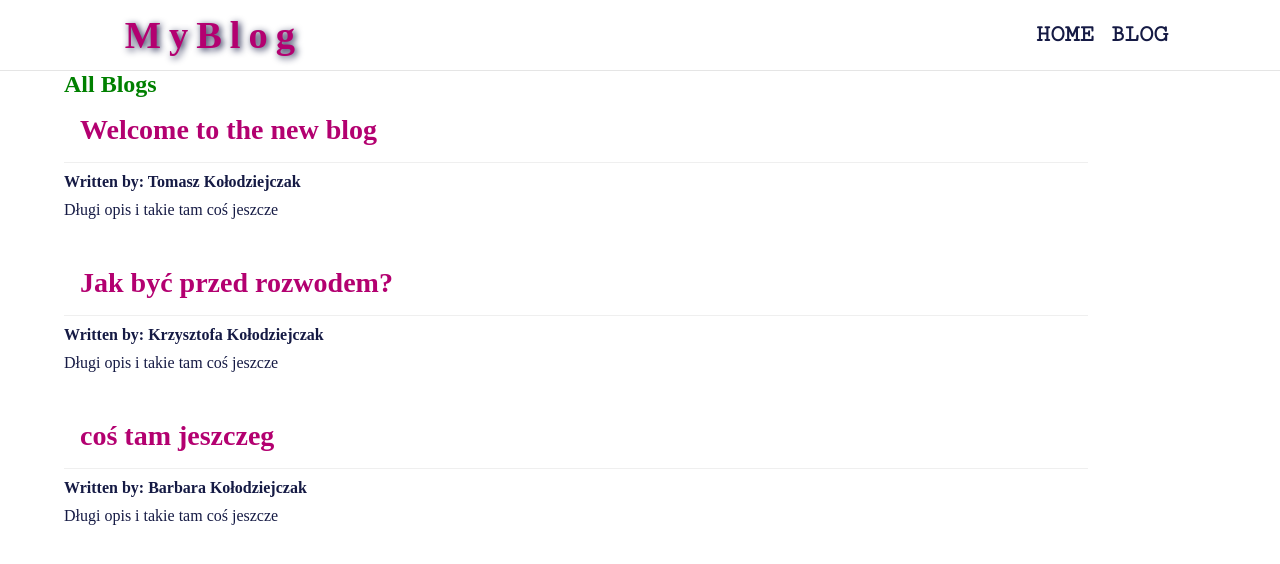
Repository: KrzysKolo/myBlog
Page: /
The author's editor kept a copy of each file at every save. The page is drawn from the files as they stood at one save, then again after the next save.
The browser window is 1280 px wide. The pictures show the whole page.
Some web fonts or font styles are not loaded; a fallback is used. The project was rebuilt for these pictures with package versions that can differ from the ones it lists, and the page was loaded fresh each time. Requests to the local data server were answered from the project's data file. Also part of the build but not shown: src/pages/Blog/Blog.css, src/pages/Blog/Blog.js, src/pages/BlogNote/BlogNote.css, src/pages/BlogNote/BlogNote.js.

Above is the page before, as saved 2021-04-27 10:46:21.

### src/App.js
import React from 'react';
import { BrowserRouter as Router, Switch, Route } from 'react-router-dom';
import { Home, Blog, BlogNote } from './pages';
import { Header } from './components';

import './App.css';

const App = () => {
  return (
    <Router>
      <main className="App">
        <Header />
        <Switch>
          <Route path="/" exact component={Home} />
          <Route path="/blog" exact component={Blog} />
          <Route path="/note/:id" exact component={BlogNote} />
        </Switch>
      </main>
    </Router>
  )
}

export default App;

### src/pages/index.js
export { default as Home } from './Home/Home';
export { default as Blog } from './Blog/Blog';
export { default as BlogNote } from './BlogNote/BlogNote';

### src/components/index.js
export { default as Header } from './Header/Header';
export { default as Navigation } from './Navigation/Navigation';

### src/App.css
@import url("https://fonts.googleapis.com/css2?family=Barrio&family=Cutive+Mono&family=Meddon&family=Princess+Sofia&family=Snowburst+One&display=swap");
* {
  box-sizing: border-box;
  margin: 0;
  padding: 0;
}
.wrapper {
  width: 90vw;
  margin: 0 auto;
  display: flex;
  flex-direction: row;
  justify-content: space-between;
  align-items: center;
}

### src/pages/Home/Home.js
import React, {useState, useEffect} from 'react';
import BlogList from '../../components/BlogList/BlogList';
import './Home.css';

const Home = () => {
	const[blogs, setBlogs] = useState(null);

	const blog = 'http://localhost:4000/posts';

	useEffect(() => {
		fetch(blog)
		.then(res =>{
			return res.json()
		})
		.then(data => {
			console.log(data);
			setBlogs(data);
		})
	}, []);

	return (
      <main className="Home">
        <section className="wrapper">
     			{blogs && <BlogList blogs={blogs} title="All Blogs"  /> }
        </section>
      </main>
    )
}

export default Home

### src/components/Header/Header.js
import React from 'react';
import Navigation from '../Navigation/Navigation';
import './Header.css';

const Header = () => {
    return (
        <header >
          <section className="wrapper" >
            <Navigation />
          </section>
        </header>
    )
}

export default Header;

### src/components/Navigation/Navigation.js
import React from 'react';
import { Link } from 'react-router-dom';
import dataMenu from './dataMenu';

import './Navigation.css';

const Navigation = () => {
    const menu = dataMenu.map(item => <Link key={item.path} to={item.path} exact={item.exact ? item.exact : false} className="link">{item.name}</Link>)
    return (
        <nav>
        	<h1>MyBlog</h1>
          <ul>
            {menu}
          </ul>
        </nav>
    )
}

export default Navigation;

### src/components/BlogList/BlogList.js
import React from 'react';
import './BlogList.css';

const BlogList = ({ blogs, title}) => {
    const blogItem = blogs.map(blog => (
        <div className="blog-preview" key={blog.id}>
            <h3>{blog.title}</h3>
            <h4>Written by: {blog.author}</h4>
            <p>{blog.body}</p>

        </div>
    ));
    return (
        <div>
            <h2>{title}</h2>
            {blogItem}
        </div>
    )
}

export default BlogList;

### src/pages/Home/Home.css
.Home {
  color: green;
}

### src/components/Header/Header.css
header {
  border-bottom: 1px solid #e5e5e5;
}

### src/components/Navigation/dataMenu.js
const dataMenu=[
    { name: 'Home', path: "/", exact: true },
    { name: 'Blog', path: "/blog"},
/*     { name: 'NoteBlog', path: "/contact"},
    { name: 'Posts', path: "/posts" }, */
];
export default dataMenu;

### src/components/Navigation/Navigation.css
@import url("https://fonts.googleapis.com/css2?family=Barrio&family=Cutive+Mono&family=Meddon&family=Princess+Sofia&family=Snowburst+One&display=swap");

/* font-family: 'Barrio', cursive;
font-family: 'Cutive Mono', monospace;
font-family: 'Meddon', cursive;
font-family: 'Princess Sofia', cursive;
font-family: 'Snowburst One', cursive; */

nav {
  display: flex;
  flex-direction: row;
  justify-content: space-between;
  align-items: center;
  width: 100%;
}

nav h1 {
  color: #b30070;
  font-family: "Princess Sofia", cursive;
  font-size: 2.4rem;
  letter-spacing: 8px;
  margin-left: 3rem;
  padding: 0.8rem;
  text-shadow: 2px 2px 7px #151a44;
}

nav ul {
  font-family: "Cutive Mono", monospace;
  font-size: 1.5rem;
  text-transform: uppercase;
  margin-right: 3rem;
}
.link {
  font-weight: 600;
  margin-left: 1rem;
  text-decoration: none;
  color: #151a44;
  transition: all 0.3s ease-in-out;
}
.link:hover {
  color: #b30070;
}

### src/components/BlogList/BlogList.css
.blog-preview {
  /* border: 2px solid red; */
  border-radius: 20px;
  width: 80vw;
  margin-bottom: 2rem;
  font-family: "Princess Sofia", cursive;
  color: #151a44;
}
.blog-preview h3 {
  font-size: 1.75rem;
  color: #b30070;
  padding: 1rem;
  border-bottom: 1px solid #efefef;
}
.blog-preview h4 {
  font-family: "Times New Roman", Times, serif;
  padding: 10px 0;
}

### db.json
{
  "posts": [
    {
      "id": 1,
      "title": "Welcome to the new blog",
      "body": "Długi opis i takie tam coś jeszcze",
      "author": "Tomasz Kołodziejczak",
      "likes": 30
    },
    {
      "id": 2,
      "title": "Jak być przed rozwodem?",
      "body": "Długi opis i takie tam coś jeszcze",
      "author": "Krzysztofa Kołodziejczak",
      "likes": 30
    },
    {
      "id": 3,
      "title": "coś tam jeszczeg",
      "body": "Długi opis i takie tam coś jeszcze",
      "author": "Barbara Kołodziejczak",
      "likes": 5
    }
  ]
}

Loaded but not shown: public/index.html (common file); src/index.js (common file)

After the next save:
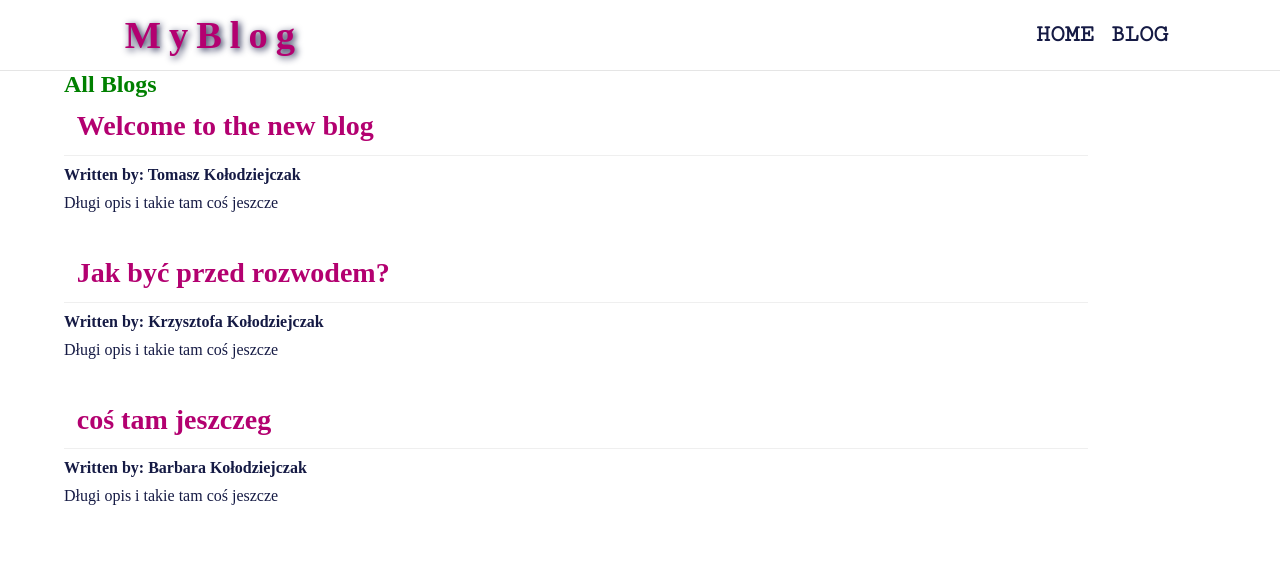
Saved 20 s later.
--- a/src/components/BlogList/BlogList.css
+++ b/src/components/BlogList/BlogList.css
@@ -9,7 +9,7 @@
 .blog-preview h3 {
   font-size: 1.75rem;
   color: #b30070;
-  padding: 1rem;
+  padding: 0.8rem;
   border-bottom: 1px solid #efefef;
 }
 .blog-preview h4 {
